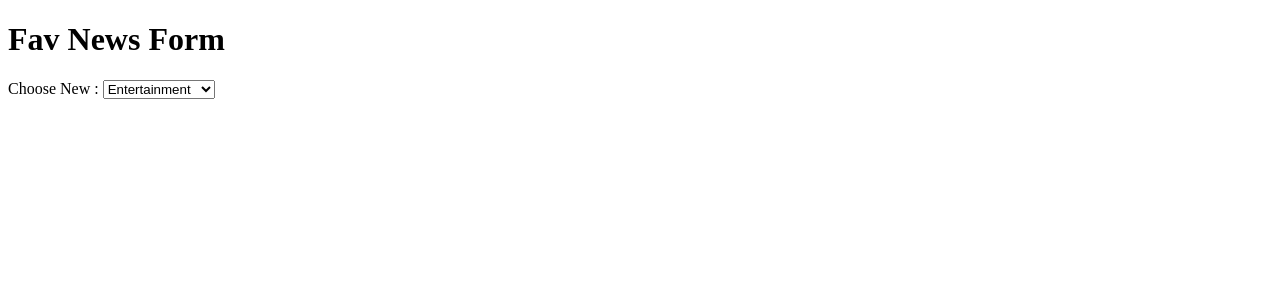
Repository: ZawMinKhantOrLeon/JavaEEWS
Page: http://localhost/jsp_servlet/cookie-form.jsp
These files come from the project's save history. The page is drawn as it stood at one moment and after the next save; the edit follows.
The browser window is 1280 px wide. The pictures show the whole page.
The page is served by Tomcat 10.

Above is the page before, as saved 2024-02-15 04:04:14.

After the next save:
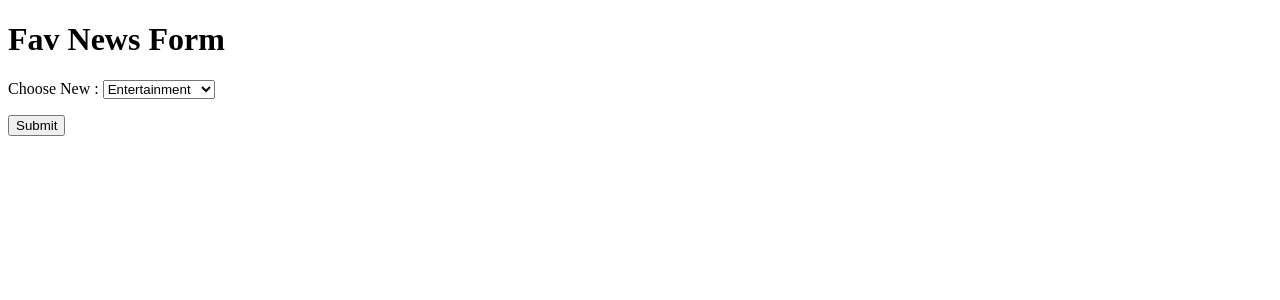
Saved 41 s later.
--- a/jsp_servlet/src/main/webapp/cookie-form.jsp
+++ b/jsp_servlet/src/main/webapp/cookie-form.jsp
@@ -19,6 +19,7 @@
 			</select>
 
 		</p>
+		<button type="submit">Submit</button>
 	</form>
 </body>
 </html>
